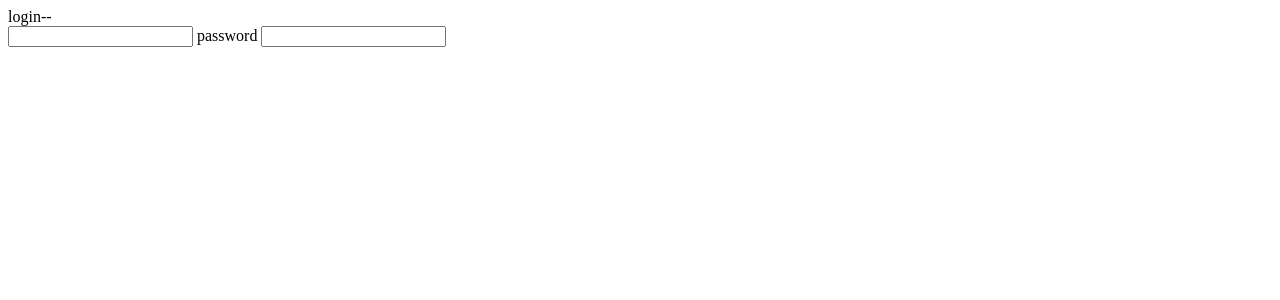
Repository: dhanasekar13/servlet
Page: mystore/war/login.html
An editor plug-in stored every save of this project. The page is shown before and after the next save, followed by the edit.
The browser window is 1280 px wide. The pictures show the whole page.

Above is the page before, as saved 2017-05-08 18:03:44.

After the next save:
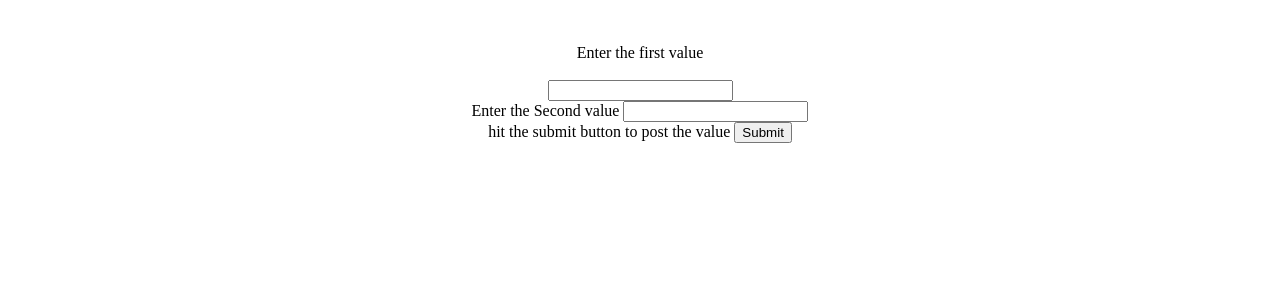
Saved 4 min 5 s later.
--- a/mystore/war/login.html
+++ b/mystore/war/login.html
@@ -1,12 +1,15 @@
 <html>
 <body>
-<left>login--
-<form>
-<input type="text" name="a1" >
-password
+<br>
+<br>
+<center>Enter the first value
+<form><br>
 <input type="text" name="a1" ><br>
-
-</form></left>
+Enter the Second value
+<input type="text" name="a2" ><br>
+hit  the  submit button to post the value
+<input type="submit" name="hit me" >
+</form></center>
 
 </body>
 </html>
